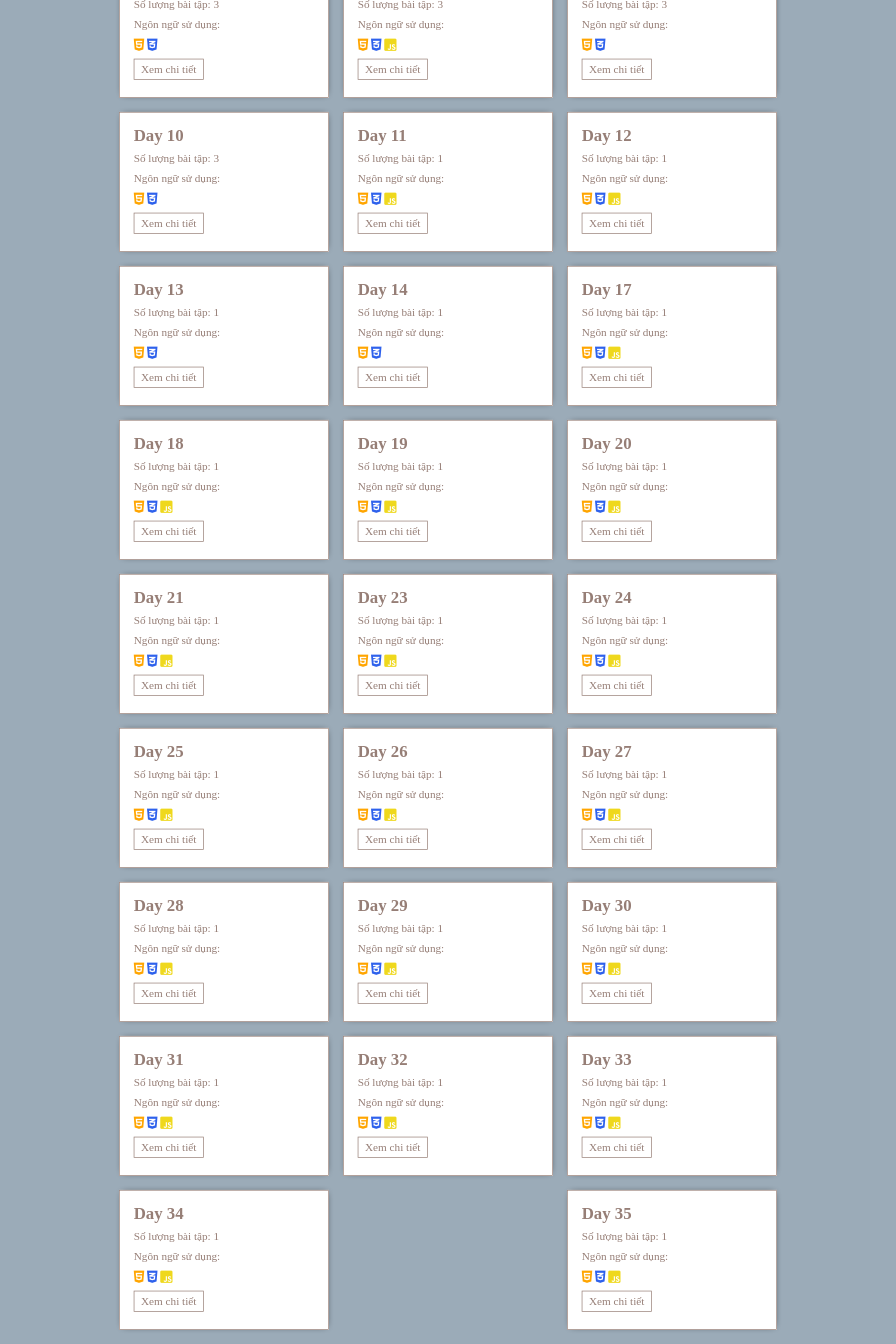
Repository: OkazakiTruong/BQTruong-F8-K2-Offline
Page: index.html
The author's editor kept a copy of each file at every save. The page is drawn from the files as they stood at one save, then again after the next save.
The browser window is 1280 px wide. The pictures show the part of the page from y = 677 to 2597 px (the page is 2597 px tall), at 70% of full size.

Above is the page before, as saved 2023-10-13 09:23:07.

After the next save:
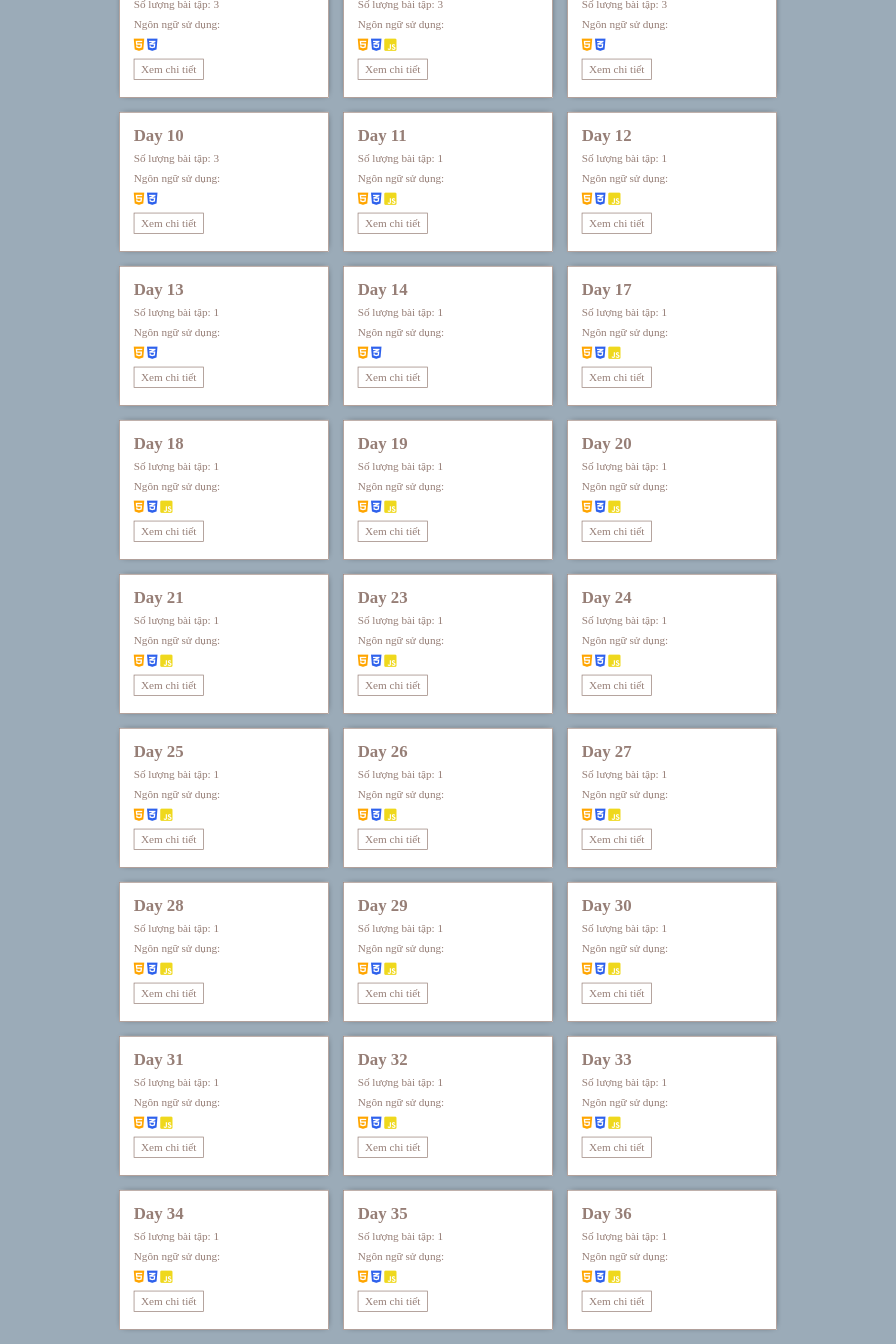
Saved 21 s later.
--- a/index.html
+++ b/index.html
@@ -529,6 +529,22 @@
           </div>
         </div>
         <!-- end day-item -->
+        <div class="day-item">
+          <div class="heading">
+            <h2>Day 36</h2>
+            <p>Số lượng bài tập: 1</p>
+          </div>
+          <div class="decs">
+            <p>Ngôn ngữ sử dụng:</p>
+            <i class="fa-brands fa-html5"></i>
+            <i class="fa-brands fa-css3-alt"></i>
+            <i class="fa-brands fa-square-js"></i>
+          </div>
+          <div class="direction">
+            <a href="./Day36/index.html" target="_blank">Xem chi tiết</a>
+          </div>
+        </div>
+        <!-- end day-item -->
       </section>
     </main>
     <footer>
